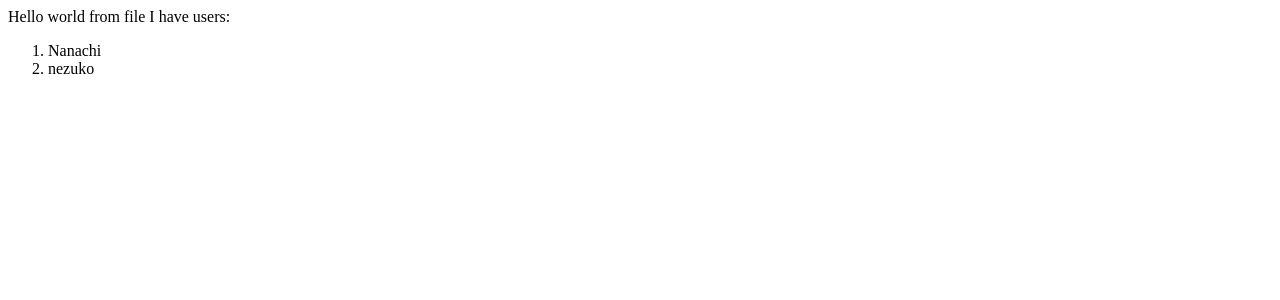
Repository: yevheniir/python_course_2020
Page: http://localhost/
An editor plug-in stored every save of this project. The page is shown before and after a run of saves, followed by the edit.
The browser window is 1280 px wide. The pictures show the whole page.
The page is served by the project's application, run on Flask 3 (l4/app.py).

Above is the page before, as saved 2020-06-27 18:54:39.

After the next 12 saves:
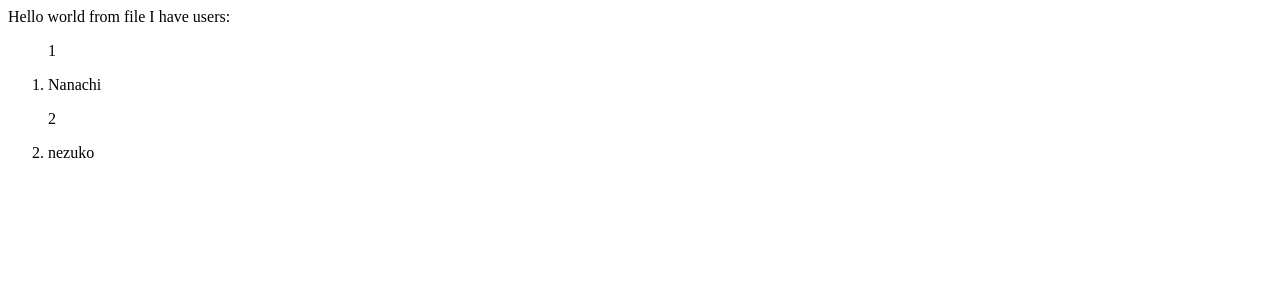
The 12 saves are shown as one change because they came seconds apart.
The last was saved 45 s later.
--- a/l4/templates/index.html
+++ b/l4/templates/index.html
@@ -4,6 +4,7 @@ I have users:
 
 <ol>
 {% for user in users %}
+    <p>{{user.id}}</p>
     <li>{{user.name}}</li>
 {% endfor %}
 </ol>
